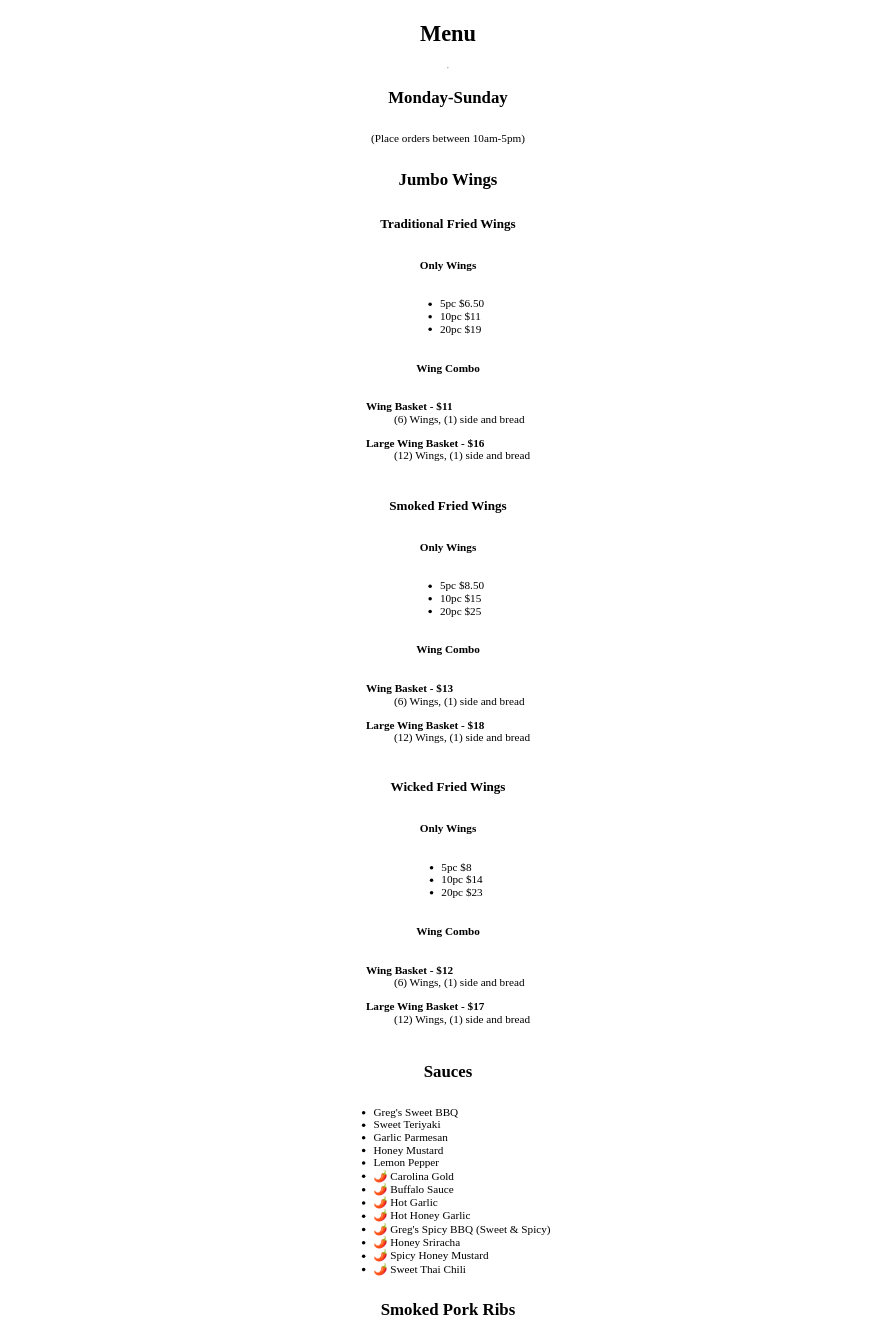
Repository: dukedward/smokehousemenu
Page: index.html
The author's editor kept a copy of each file at every save. The page is drawn from the files as they stood at one save, then again after the next save.
The browser window is 1280 px wide. The pictures show the part of the page from y = 0 to 1920 px (the page is 4325 px tall before and 3475 px after), at 70% of full size.

Above is the page before, as saved 2023-02-27 21:24:19.

### index.html
<!DOCTYPE html>
<html lang="en">
<head>
    <meta charset="UTF-8">
    <meta http-equiv="X-UA-Compatible" content="IE=edge">
    <meta name="viewport" content="width=device-width, initial-scale=1.0">
    <link rel="stylesheet" href="style.css" />
    <title>Our Menu</title>
</head>
<body>
    <div class="title">
        <h1>Menu</h1>
        <hr>
        <h2>Monday-Sunday</h2>
        <p>(Place orders between 10am-5pm)</p>
    </div>
    <div class="sections">
        <div class="sect">
            <h2>Jumbo Wings</h2>
            <h3>Traditional Fried Wings</h3>
            <h4>Only Wings</h4>
            <ul>
                <li>5pc $6.50</li>
                <li>10pc $11</li>
                <li>20pc $19</li>
            </ul>
            <h4>Wing Combo</h4>
            <dl>
                <dt>Wing Basket - $11</dt>
                <dd>(6) Wings, (1) side and bread</dd>
                <dt>Large Wing Basket - $16</dt>
                <dd>(12) Wings, (1) side and bread</dd>
            </dl>
            <h3>Smoked Fried Wings</h3>
            <h4>Only Wings</h4>
            <ul>
                <li>5pc $8.50</li>
                <li>10pc $15</li>
                <li>20pc $25</li>
            </ul>
            <h4>Wing Combo</h4>
            <dl>
                <dt>Wing Basket - $13</dt>
                <dd>(6) Wings, (1) side and bread</dd>
                <dt>Large Wing Basket - $18</dt>
                <dd>(12) Wings, (1) side and bread</dd>
            </dl>
            <h3>Wicked Fried Wings</h3>
            <h4>Only Wings</h4>
            <ul>
                <li>5pc $8</li>
                <li>10pc $14</li>
                <li>20pc $23</li>
            </ul>
            <h4>Wing Combo</h4>
            <dl>
                <dt>Wing Basket - $12</dt>
                <dd>(6) Wings, (1) side and bread</dd>
                <dt>Large Wing Basket - $17</dt>
                <dd>(12) Wings, (1) side and bread</dd>
            </dl>
        </div>
        <div class="sect">
            <h2>Sauces</h2>
            <ul>
                <li>Greg's Sweet BBQ</li>
                <li>Sweet Teriyaki</li>
                <li>Garlic Parmesan</li>
                <li>Honey Mustard</li>
                <li>Lemon Pepper</li>
                <li>🌶️ Carolina Gold</li>
                <li>🌶️ Buffalo Sauce</li>
                <li>🌶️ Hot Garlic</li>
                <li>🌶️ Hot Honey Garlic</li>
                <li>🌶️ Greg's Spicy BBQ (Sweet & Spicy)</li>
                <li>🌶️ Honey Sriracha</li>
                <li>🌶️ Spicy Honey Mustard</li>
                <li>🌶️ Sweet Thai Chili</li>
            </ul>
        </div>
        <div class="sect">
            <h2>Smoked Pork Ribs</h2>
            <ul>
                <li>(1) Bone - $3.50</li>
                <li>Half Rack - $18</li>
                <li>Full Rack - $34</li>
            </ul>
        </div>
        <div class="sect">
            <h2>Smoked Beef Ribs</h2>
            <ul>
                <li>(1) Bone - $15</li>
                <li>(2) Bones - $25</li>
            </ul>
        </div>
        <div class="sect">
            <h2>Regular Sides</h2>
            <div class="desc">
                <p>Small - $3</p>
                <p>Large - $5</p>
            </div>
            <dl>
                <dt>Seasoned Fries</dt>
                <dd>Seasond crispy crinkle fries</dd>
                <dt>Tater Tots</dt>
                <dd>Crispy tater tots seasoned & served with boom boom sauce</dd>
            </dl>
        </div>
        <div class="sect">
            <h2>Specialty Sides</h2>
            <div class="desc">
                <p>Cup - $7</p>
                <p>Pint - $12</p>
                <p>Quart - $21</p>
            </div>
            <dl>
                <dt>White chedder Mac-n-Cheese</dt>
                <dd>5 cheese blend</dd>
                <dt>Mommas Baked Beans (made w/ beef)</dt>
                <dd>Hearty, smokey, BBQ beans with a 3 meat blend of ground beef, sliced beef sausage, and diced beef bacon</dd>
                <dt>Southern Green Beans (made w/ Turkey)</dt>
                <dd>Seasoned green beans paired with smoked turkey</dd>
            </dl>
        </div>
        <div class="sect">
            <h2>Garlic Toast</h2>
            <ul>
                <li>(3) Small Basket - $4</li>
                <li>(6) Large Basket - $6</li>
            </ul>
        </div>
        <div class="sect">
            <h2>Sliders</h2>
            <div class="desc">
                <p>(3) sliders topped with any sauce and choice of (1) regular side</p>
            </div>
            <dl>
                <dt>Chicken Sliders - $12</dt>
                <dd>Beer batter'd fried chicken</dd>
                <dt>Pulled Pork Sliders - $14</dt>
                <dd>Slow smoked pulled pork</dd>
                <dt>Beef Short Rib Sliders - $16</dt>
                <dd>Tender smoked sliced beef rib</dd>
                <dt>Mix-n-Match Sliders - $15</dt>
                <dd>(3) sliders of your choice</dd>
            </dl>
        </div>
        <div class="sect">
            <h2>Plates</h2>
            <div class="desc">
                <p>Includes (2) regular sides & Garlic Bread</p>
            </div>
            <dl>
                <dt>Chicken Finger Plate - $10</dt>
                <dd>(3) crispy beer batter'd fried chicken fingers</dd>
                <dt>Chicken Dinner - $12</dt>
                <dd>Deep fried or smoked thigh and leg combo</dd>
                <dt>Pork Rib Plate - $15</dt>
                <dd>(3) bones</dd>
                <dt>Beef Short Rib Plate - $20</dt>
                <dd>(1) beef rib bone slow smoked and grilled for hours</dd>
                <dt>Smoked Sausage - $12</dt>
                <dd>1/2lb of pork sausage links smoked, grilled and sliced</dd>
            </dl>
        </div>
        <div class="sect">
            <h2>Sandwiches</h2>
            <div class="desc">
                <p>All sandwiches come with a choice of (1) regular side</p>
            </div>
            <dl>
                <dt>Chicken Sandwich - $13</dt>
                <dd>Crispy deep fried chicken breast on a lightly toasted bun topped with Swiss cheese, lettuce and tomato</dd>
                <dt>Short Rib Sandwich - $18</dt>
                <dd>Toasted hoagie roll, sliced short rib, cheddar jack cheese, topped with Greg's sauce</dd>
                <dt>Sausage & Peppers Beef - $11</dt>
                <dd>Smoked & grilled beef sausage link brushed with BBQ, topped with sauteed peppers and onions</dd>
                <dt>Sausage & Peppers Pork - $15</dt>
                <dd>Smoked & grilled pork sausage link brushed with BBQ, topped with sauteed peppers and onions</dd>
                <dt>Cheese Burger - $12</dt>
                <dd>1/2lb Beef burger served with lettuce, tomato, onion, and topped with 3 cheese blend & lightly toasted brioche bun</dd>
                <div class="desc">
                    <p>Extra Patty - $5</p>
                    <p>Bacon - $3</p>
                    <p>Egg - $.50</p>
                </div>
            </dl>
        </div>
        <div class="sect">
            <h2>A La Carte</h2>
            <ul>
                <li>Chicken Slider - $4</li>
                <li>Pulled Pork Slider - $5</li>
                <li>Beef Slider - $6</li>
                <li>Chicken Finger - $3</li>
                <li>Chicken Leg - $3</li>
                <li>Chicken Thigh - $4</li>
                <li>
                    Sliced pork sausage
                    <div class="desc">
                        <p>1/4lb - $4</p>
                        <p>1/2lb - $7</p>
                        <p>1lb - $10</p>
                    </div>
                </li>

            </ul>
        </div>
    </div>
</body>
</html>

### style.css
/* * {
	margin: 0;
	padding: 0;
} */

.title {
	display: flex;
	flex-direction: column;
	justify-content: center;
	align-items: center;
}

.sections {
	display: grid;
	/* display: flex; */
	/* justify-content: center; */
	/* align-items: center; */
}

.sect {
	display: flex;
	flex-direction: column;
	justify-content: center;
	align-items: center;
}

.desc {
    display: flex;
    flex-direction: row;
    justify-content: space-between;
}

.desc p {
    padding-right: 1rem;
}

dt {
    font-size: medium;
    font-weight: bold;
}

dd {
    margin-bottom: 1rem;
}

After the next save:
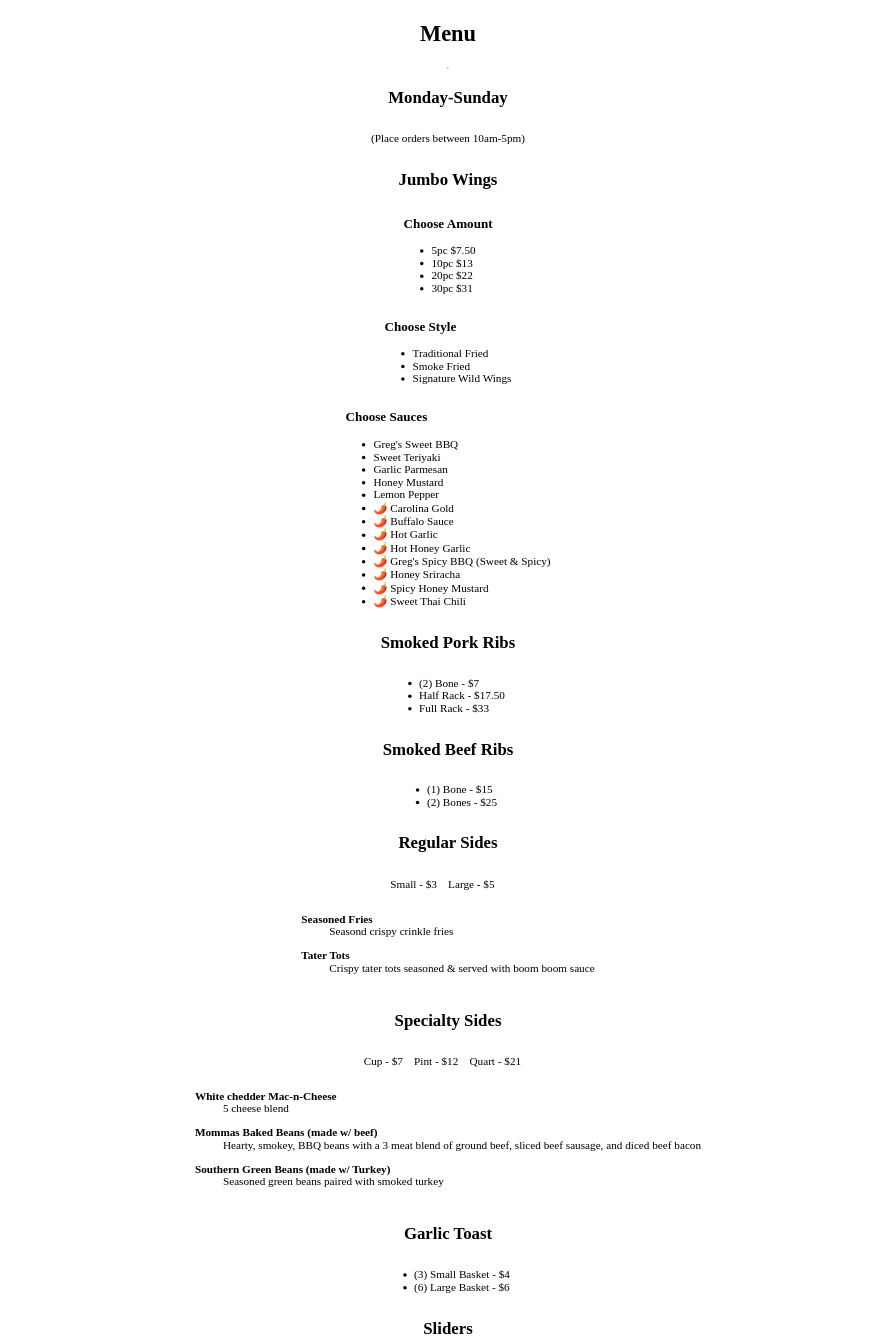
Saved 11 h 21 min later.
--- a/index.html
+++ b/index.html
@@ -17,73 +17,48 @@
     <div class="sections">
         <div class="sect">
             <h2>Jumbo Wings</h2>
-            <h3>Traditional Fried Wings</h3>
-            <h4>Only Wings</h4>
-            <ul>
-                <li>5pc $6.50</li>
-                <li>10pc $11</li>
-                <li>20pc $19</li>
-            </ul>
-            <h4>Wing Combo</h4>
-            <dl>
-                <dt>Wing Basket - $11</dt>
-                <dd>(6) Wings, (1) side and bread</dd>
-                <dt>Large Wing Basket - $16</dt>
-                <dd>(12) Wings, (1) side and bread</dd>
-            </dl>
-            <h3>Smoked Fried Wings</h3>
-            <h4>Only Wings</h4>
-            <ul>
-                <li>5pc $8.50</li>
-                <li>10pc $15</li>
-                <li>20pc $25</li>
-            </ul>
-            <h4>Wing Combo</h4>
-            <dl>
-                <dt>Wing Basket - $13</dt>
-                <dd>(6) Wings, (1) side and bread</dd>
-                <dt>Large Wing Basket - $18</dt>
-                <dd>(12) Wings, (1) side and bread</dd>
-            </dl>
-            <h3>Wicked Fried Wings</h3>
-            <h4>Only Wings</h4>
-            <ul>
-                <li>5pc $8</li>
-                <li>10pc $14</li>
-                <li>20pc $23</li>
-            </ul>
-            <h4>Wing Combo</h4>
-            <dl>
-                <dt>Wing Basket - $12</dt>
-                <dd>(6) Wings, (1) side and bread</dd>
-                <dt>Large Wing Basket - $17</dt>
-                <dd>(12) Wings, (1) side and bread</dd>
-            </dl>
-        </div>
-        <div class="sect">
-            <h2>Sauces</h2>
-            <ul>
-                <li>Greg's Sweet BBQ</li>
-                <li>Sweet Teriyaki</li>
-                <li>Garlic Parmesan</li>
-                <li>Honey Mustard</li>
-                <li>Lemon Pepper</li>
-                <li>🌶️ Carolina Gold</li>
-                <li>🌶️ Buffalo Sauce</li>
-                <li>🌶️ Hot Garlic</li>
-                <li>🌶️ Hot Honey Garlic</li>
-                <li>🌶️ Greg's Spicy BBQ (Sweet & Spicy)</li>
-                <li>🌶️ Honey Sriracha</li>
-                <li>🌶️ Spicy Honey Mustard</li>
-                <li>🌶️ Sweet Thai Chili</li>
-            </ul>
+            <div class="sub-sect">
+                <h3>Choose Amount</h3>
+                <ul>
+                    <li>5pc $7.50</li>
+                    <li>10pc $13</li>
+                    <li>20pc $22</li>
+                    <li>30pc $31</li>
+                </ul>
+            </div>
+            <div class="sub-sect">
+                <h3>Choose Style</h3>
+                <ul>
+                    <li>Traditional Fried</li>
+                    <li>Smoke Fried</li>
+                    <li>Signature Wild Wings</li>
+                </ul>
+            </div>
+            <div class="sub-sect">
+                <h3>Choose Sauces</h2>
+                <ul>
+                    <li>Greg's Sweet BBQ</li>
+                    <li>Sweet Teriyaki</li>
+                    <li>Garlic Parmesan</li>
+                    <li>Honey Mustard</li>
+                    <li>Lemon Pepper</li>
+                    <li>🌶️ Carolina Gold</li>
+                    <li>🌶️ Buffalo Sauce</li>
+                    <li>🌶️ Hot Garlic</li>
+                    <li>🌶️ Hot Honey Garlic</li>
+                    <li>🌶️ Greg's Spicy BBQ (Sweet & Spicy)</li>
+                    <li>🌶️ Honey Sriracha</li>
+                    <li>🌶️ Spicy Honey Mustard</li>
+                    <li>🌶️ Sweet Thai Chili</li>
+                </ul>
+            </div>
         </div>
         <div class="sect">
             <h2>Smoked Pork Ribs</h2>
             <ul>
-                <li>(1) Bone - $3.50</li>
-                <li>Half Rack - $18</li>
-                <li>Full Rack - $34</li>
+                <li>(2) Bone - $7</li>
+                <li>Half Rack - $17.50</li>
+                <li>Full Rack - $33</li>
             </ul>
         </div>
         <div class="sect">
@@ -151,6 +126,10 @@
                 <p>Includes (2) regular sides & Garlic Bread</p>
             </div>
             <dl>
+                <dt>Fried Shrimp Plate</dt>
+                <dd>1/2lb crispy beer batter'd fried shrimp</dd>
+                <dt>Fried Catfish Plate</dt>
+                <dd>(2) crispy beer batter'd fried catfish</dd>
                 <dt>Chicken Finger Plate - $10</dt>
                 <dd>(3) crispy beer batter'd fried chicken fingers</dd>
                 <dt>Chicken Dinner - $12</dt>
